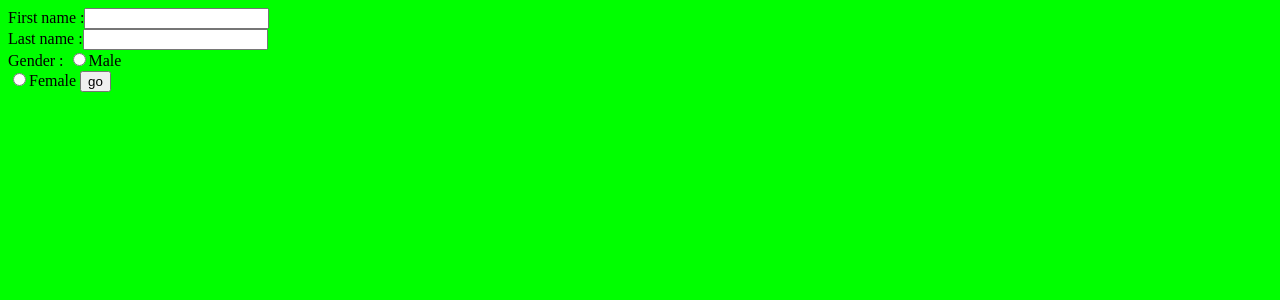
Repository: akale1992/Learning-HIBERNATE-SERVLETS
Page: jspdemo/WebContent/Welcome.html
The author's editor kept a copy of each file at every save. The page is drawn from the files as they stood at one save, then again after the next save.
The browser window is 1280 px wide. The pictures show the whole page.

Above is the page before, as saved 2015-09-15 04:25:56.

### jspdemo/WebContent/Welcome.html
<!DOCTYPE html>
<html>
<head>
<meta charset="ISO-8859-1">
<title>Insert title here</title>
</head>
<body bgcolor="lime">
<form action="index.jsp">
First name :<input type="text" name="fname"><br>
Last name  :<input type="text" name="lname"><br>
Gender : <input type="radio" value="male" name="r1">Male<br>
<input type="radio" value="Female" name="r1">Female
<input type="submit" value="go">
</form>

</body>
</html>

After the next save:
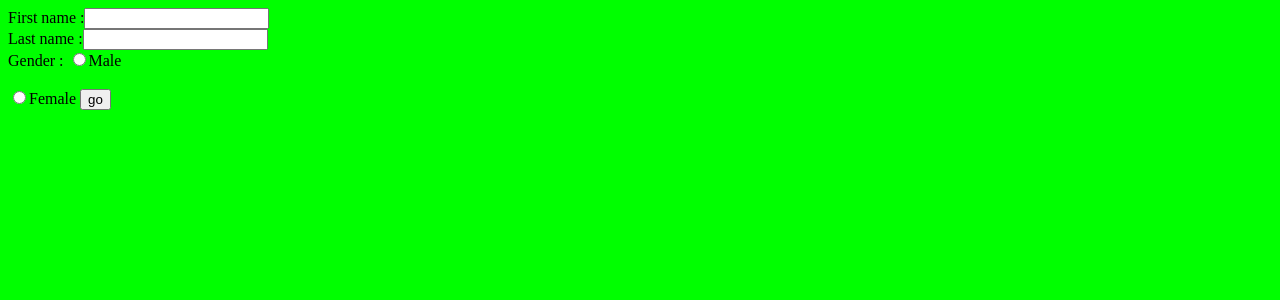
Saved 20 s later.
--- a/jspdemo/WebContent/Welcome.html
+++ b/jspdemo/WebContent/Welcome.html
@@ -8,7 +8,7 @@
 <form action="index.jsp">
 First name :<input type="text" name="fname"><br>
 Last name  :<input type="text" name="lname"><br>
-Gender : <input type="radio" value="male" name="r1">Male<br>
+Gender : <input type="radio" value="male" name="r1">Male<br><br>
 <input type="radio" value="Female" name="r1">Female
 <input type="submit" value="go">
 </form>
